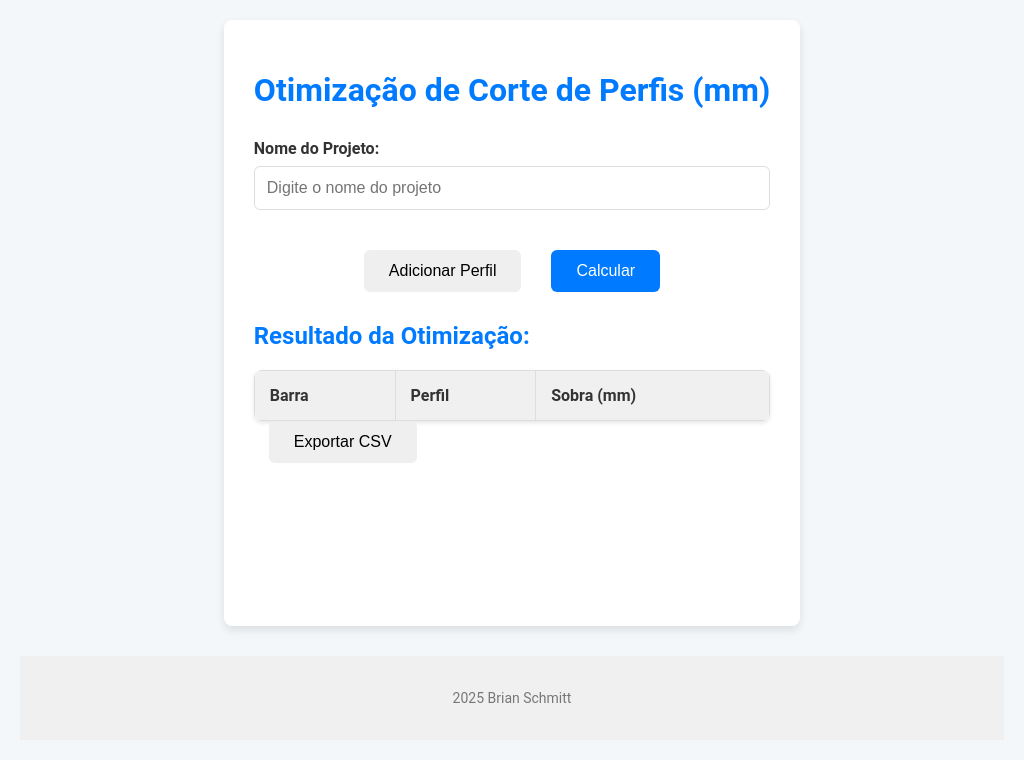
Repository: brianbebop/aqui
Page: index.html
These files come from the project's save history. The page is drawn as it stood at one moment and after the next save; the edit follows.
The browser window is 1024 px wide. The pictures show the whole page.

Above is the page before, as saved 2025-03-23 16:35:07.

After the next save:
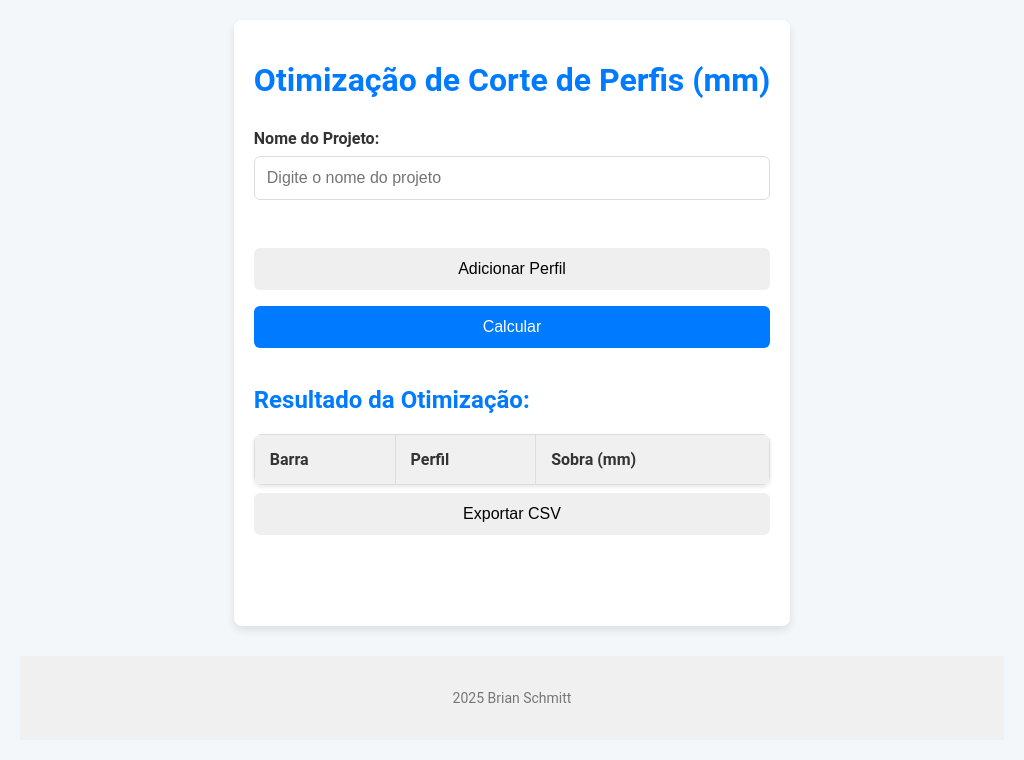
Saved 10 min 10 s later.
--- a/style.css
+++ b/style.css
@@ -189,3 +189,20 @@ div:empty,
 p:empty {
     display: none;
 }
+
+@media (max-width: 1024px) {
+    .container {
+        max-width: 90%;
+        padding: 20px;
+    }
+
+    .button-container {
+        flex-direction: column;
+        align-items: stretch;
+    }
+
+    .btn {
+        width: 100%;
+        margin: 8px 0;
+    }
+}
